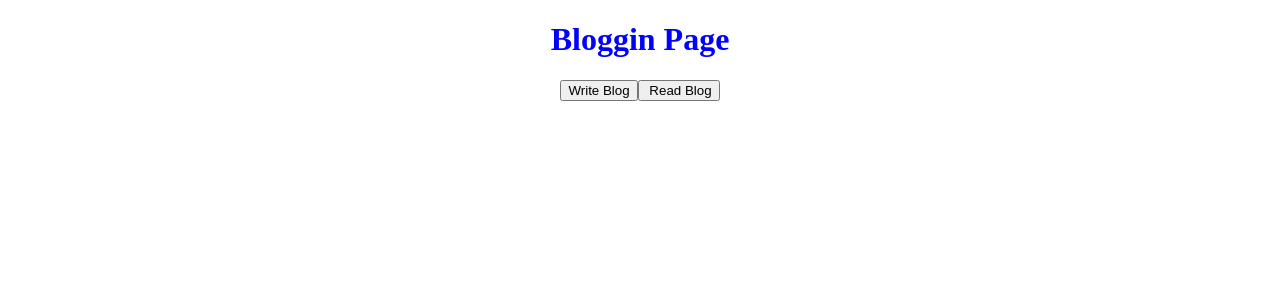
Repository: choubeyshubham018/CompleteJavaQuestions
Page: http://localhost/Ques_17_ServletBlogApplication/
These files come from the project's save history. The page is drawn as it stood at one moment and after the next save; the edit follows.
The browser window is 1280 px wide. The pictures show the whole page.
The page is served by Tomcat 9. Other server files are loaded and not shown.

Above is the page before, as saved 2023-09-19 06:21:18.

### Servlet Assignment/Ques_17_ServletBlogApplication/src/main/webapp/index.jsp
<%@ page language="java" contentType="text/html; charset=ISO-8859-1"
    pageEncoding="ISO-8859-1" %>
<!DOCTYPE html>
<html>
<head>
<meta charset="ISO-8859-1">
<title>Home Page</title>
</head>
<body>

<h1 style="text-align: center; color: blue;">Bloggin Page</h1>
<div style="display: flex; justify-content: center; height: 200px;">
<form action="./blog & s1=save %">
<input type="submit" value="Write Blog">
</form>
<form action="./blog & s1=write %">
<input type="submit" value=" Read Blog">
</form>
</div>
</body>
</html>

After the next save:
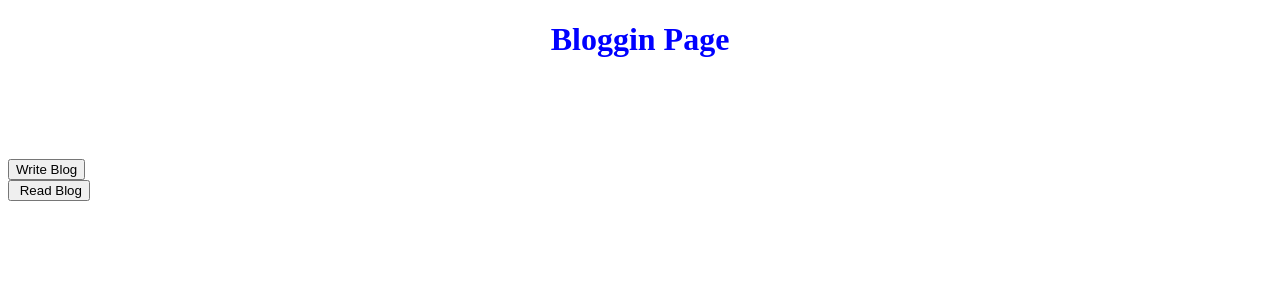
Saved 112 s later.
--- a/Servlet Assignment/Ques_17_ServletBlogApplication/src/main/webapp/index.jsp
+++ b/Servlet Assignment/Ques_17_ServletBlogApplication/src/main/webapp/index.jsp
@@ -9,7 +9,7 @@
 <body>
 
 <h1 style="text-align: center; color: blue;">Bloggin Page</h1>
-<div style="display: flex; justify-content: center; height: 200px;">
+<div style="display: flex; justify-content: center; height: 200px; flex-direction: column;">
 <form action="./blog & s1=save %">
 <input type="submit" value="Write Blog">
 </form>
